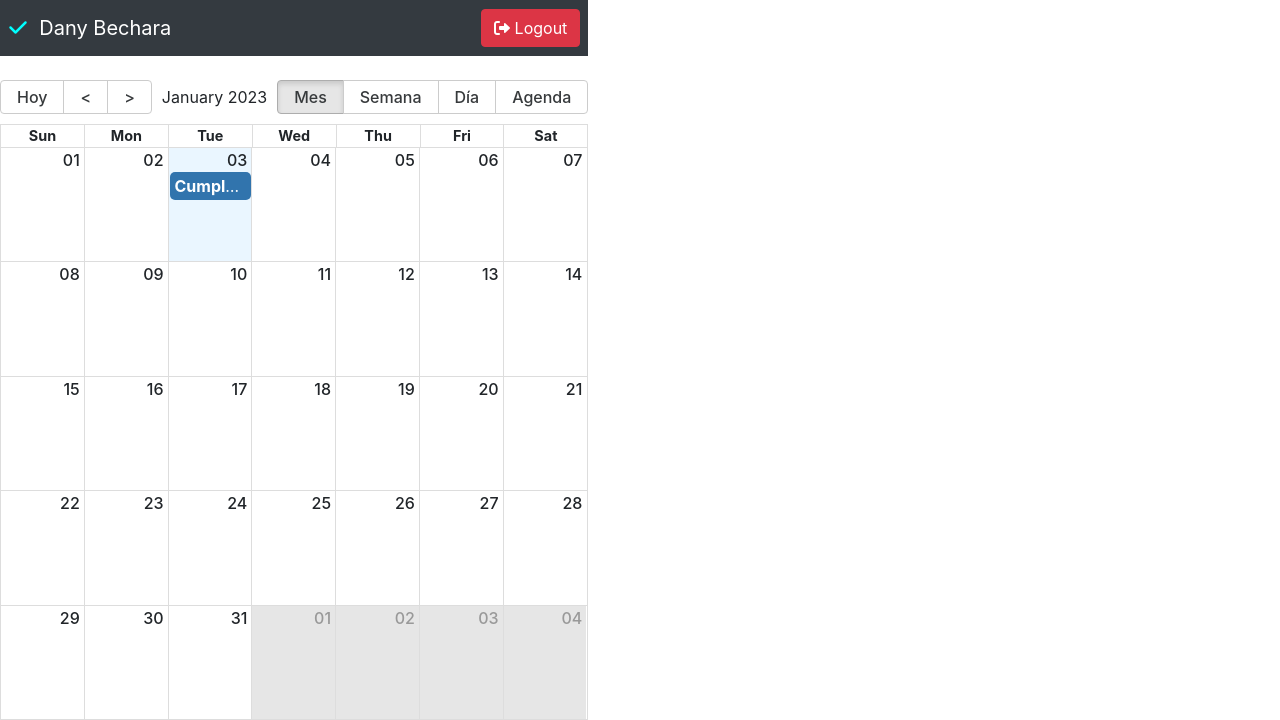
Repository: bechara611/calendar-frontend
Page: /
An editor plug-in stored every save of this project. The page is shown before and after the next save, followed by the edit.
The browser window is 1280 px wide. The pictures show the whole page.
An inner scrolling area shows only its first screen. The project was rebuilt for these pictures with package versions that can differ from the ones it lists, and the page was loaded fresh each time. Also part of the build but not shown: vite.config.js. Imported but missing from the stored project, and not drawn on this page: src/auth.

Above is the page before, as saved 2023-01-04 16:56:54.

### index.html
<!DOCTYPE html>
<html lang="en">
  <head>
    <meta charset="UTF-8" />
    <link rel="icon" type="image/svg+xml" href="/vite.svg" />
    <meta name="viewport" content="width=device-width, initial-scale=1.0" />
    <title>CalendarDB</title>
    <link rel="stylesheet" href="https://cdn.jsdelivr.net/npm/bootstrap@4.5.3/dist/css/bootstrap.min.css" integrity="sha384-TX8t27EcRE3e/ihU7zmQxVncDAy5uIKz4rEkgIXeMed4M0jlfIDPvg6uqKI2xXr2" crossorigin="anonymous">
    <link rel="stylesheet" href="https://cdnjs.cloudflare.com/ajax/libs/font-awesome/6.2.1/css/all.min.css" integrity="sha512-MV7K8+y+gLIBoVD59lQIYicR65iaqukzvf/nwasF0nqhPay5w/9lJmVM2hMDcnK1OnMGCdVK+iQrJ7lzPJQd1w==" crossorigin="anonymous" referrerpolicy="no-referrer" />
  </head>
  <body>
    <div id="root"></div>
    <script type="module" src="/src/main.jsx"></script>
  </body>
</html>

### src/main.jsx
import React from 'react'
import ReactDOM from 'react-dom/client'
import { BrowserRouter } from 'react-router-dom'
import { CalendarApp } from './CalendarApp'
import './styles.css'

ReactDOM.createRoot(document.getElementById('root')).render(


    <BrowserRouter>
      <CalendarApp />
    </BrowserRouter>

)

### src/CalendarApp.jsx
import React from 'react'
import { AppRouter } from './router/AppRouter'

export const CalendarApp = () => {
  return (
   <AppRouter></AppRouter>
  )
}

### src/router/AppRouter.jsx
import React from 'react'
import { Navigate, Route, Routes } from 'react-router-dom'
import { LoginPages } from '../auth/'
import { CalendarPages } from '../calendar/'


export const AppRouter = () => {
 // const authStatus = 'not-authenticated'
  const authStatus = 'authenticated'
  return (
    <Routes>
      {
        (authStatus === 'not-authenticated'
          ? <Route path='/auth/*' element={<LoginPages></LoginPages>}></Route>
          : <Route path='/*' element={<CalendarPages></CalendarPages>}></Route>
        )
      }
      <Route path='/*' element={<Navigate to={'/auth/login'}></Navigate>}></Route>

    </Routes>
  )
}

### src/calendar/index.js
export * from './pages/CalendarPages'
export * from './components/NavBar'

### src/calendar/pages/CalendarPages.jsx
import { addHours } from 'date-fns'

import 'react-big-calendar/lib/css/react-big-calendar.css'
import React from 'react'
import { Calendar } from 'react-big-calendar'
import { NavBar } from '../components/NavBar'
import { localizer } from '../../helpers/'
import { getMessages } from '../../helpers/Messages'
import { CalendarEvent } from '../components/CalendarEvent'




const events = [{
  title: 'Cumple de dany',
  notes: 'Torta para Dany',
  start: new Date(),
  end: addHours(new Date(), 1),
  bgColor: '#fafafa',
  user: {
    id: '123',
    name: 'Dany Bechara'
  }
}]

const eventStyleGetter = (event, start, end, isSelected) => {


  const style = {
    backgroundColor: '#347CF7',
    borderRadius: '0px',
    opacity: 0.8,
    color: 'white'
  }


  if (isSelected) {
    return { style }

  }




}

const onDoubleClick = (evento) => {
  console.log({ doubleClick: evento })
}
const onClick = (evento) => {
  console.log({ Click: evento })
}
const onViewChange = (evento) => {
  console.log({ View: evento })
}


export const CalendarPages = () => {

  return (
    <>
      <NavBar></NavBar>
      <Calendar
        localizer={localizer}
        events={events}
        startAccessor="start"
        endAccessor="end"
        messages={getMessages()}
        style={{ height: 'calc( 100vh - 80px )' }}
        eventPropGetter={eventStyleGetter}
        components={{
          event: CalendarEvent
        }}
        onDoubleClickEvent={onDoubleClick}
        onSelectEvent={onClick}
        onView={onViewChange}
      />
    </>

  )
}

### src/calendar/components/NavBar.jsx
import React from 'react'
import './NavBar.css'
export const NavBar = () => {
  return (
    <div className="navbar navbar-dark bg-dark mb-4 px-2">
    <span className='navbar-brand'>

    <i className="fa-sharp fa-solid fa-check icono"></i>

    &nbsp;
    Dany Bechara
    </span>
    <button className='btn btn-danger '>
    <i className="fa-solid fa-right-from-bracket"></i>

    <span> Logout</span>
    </button>
    </div>
  )
}

### src/helpers/index.js
export * from './CalendarLocalizer'

### src/helpers/Messages.js
export const getMessages =()=>{
    return {
        allDay: 'Todo el día',
        previous: '<',
        next: '>',
        today: 'Hoy',
        month: 'Mes',
        week: 'Semana',
        day: 'Día',
        agenda: 'Agenda',
        date: 'Fecha',
        time: 'Hora',
        event: 'Evento',
        noEventsInRange: 'No hay eventos en este rango',
        showMore: total => `+ Ver más (${total})`
    };
}

### src/calendar/components/CalendarEvent.jsx
import React from 'react'

export const CalendarEvent = ({event}) => {

    const {title,user} = event
  return (
<>
<strong>{title}</strong>
<span> - {user.name}</span>
</>  )
}

### src/calendar/components/NavBar.css
.icono{
color: aqua;
}

### src/helpers/CalendarLocalizer.js
import {format,parse,startOfWeek,getDay} from 'date-fns'
import enUS from 'date-fns/locale/en-US'
import { dateFnsLocalizer } from 'react-big-calendar'

const locales = {
    'en-US': enUS,
  }

 export const localizer = dateFnsLocalizer({
    format,
    parse,
    startOfWeek,
    getDay,
    locales,
  })

Loaded but not shown: src/styles.css (common file)

After the next save:
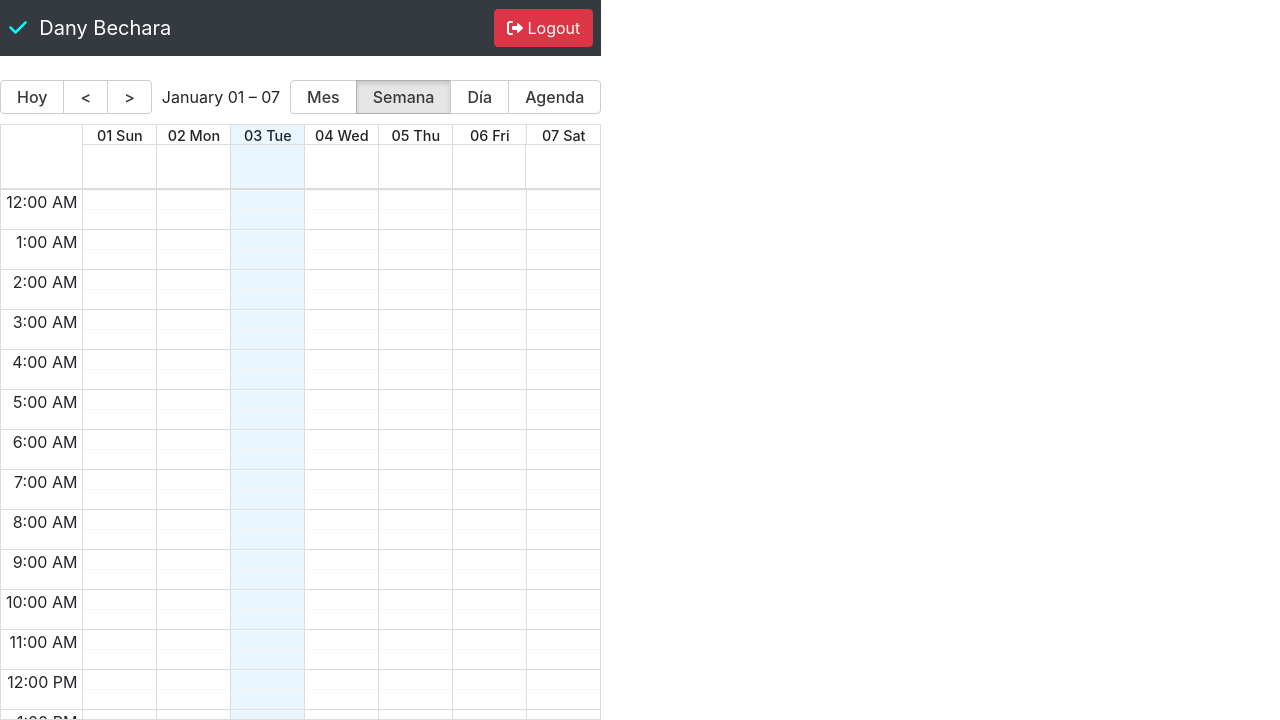
Saved 71 s later.
--- a/src/calendar/pages/CalendarPages.jsx
+++ b/src/calendar/pages/CalendarPages.jsx
@@ -62,6 +62,7 @@ export const CalendarPages = () => {
       <NavBar></NavBar>
       <Calendar
         localizer={localizer}
+        view='week'
         events={events}
         startAccessor="start"
         endAccessor="end"
